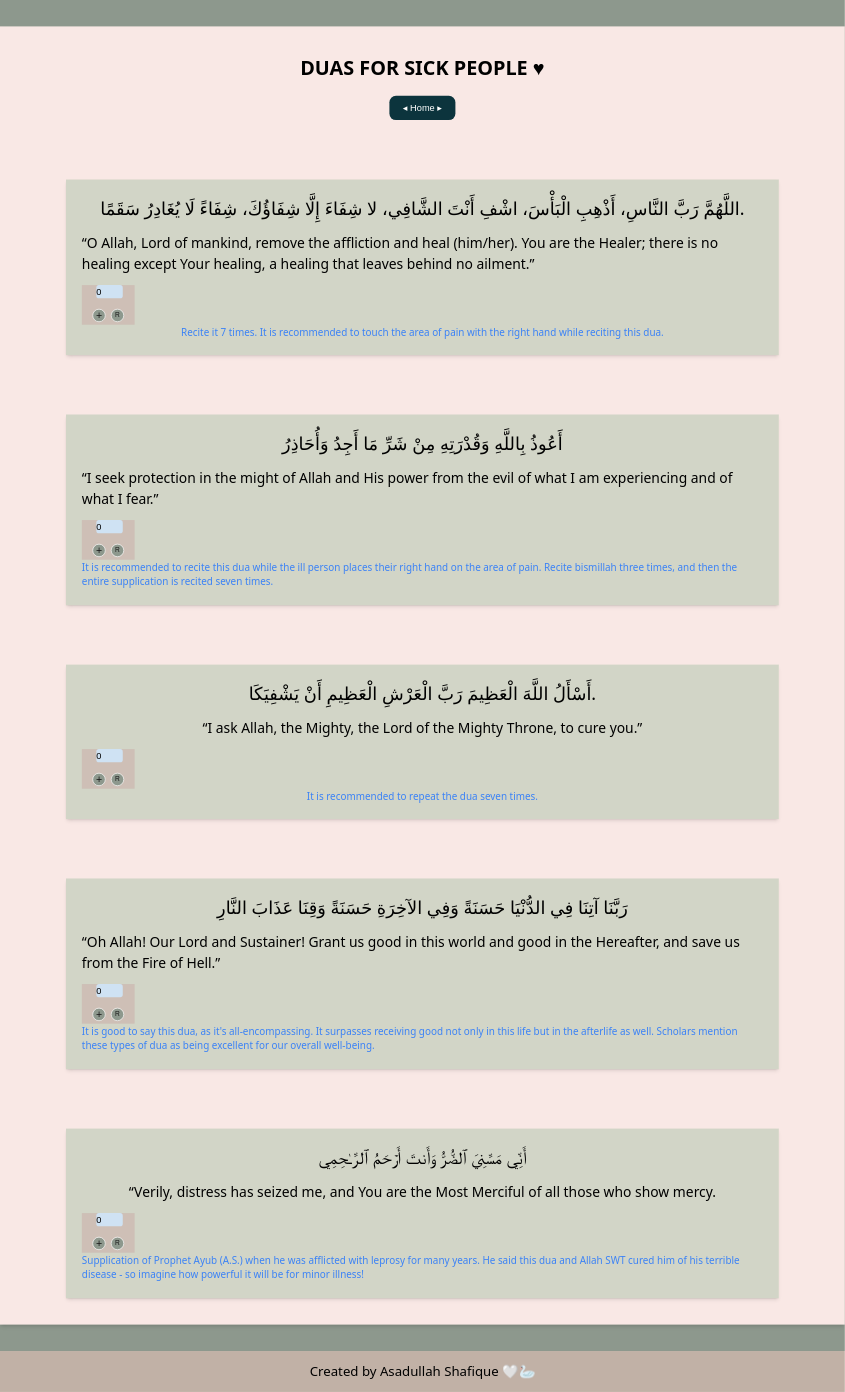
Repository: asadullah48/Duas_Diary
Page: /sick
An editor plug-in stored every save of this project. The page is shown before and after a run of saves, followed by the edit.
The browser window is 1280 px wide. The pictures show the whole page, at 66% of full size.
The project was rebuilt for these pictures with package versions that can differ from the ones it lists, and the page was loaded fresh each time. The framework's server and built-in components were replaced by stand-ins that run in the browser. Also part of the build but not shown: next.config.ts.

Above is the page before, as saved 2024-11-30 10:15:57.

### src/app/layout.tsx
import type { Metadata } from "next";
import localFont from "next/font/local";
import "./globals.css";
import Footer from "../components/footer";

const geistSans = localFont({
  src: "./fonts/GeistVF.woff",
  variable: "--font-geist-sans",
  weight: "100 900",
});
const geistMono = localFont({
  src: "./fonts/GeistMonoVF.woff",
  variable: "--font-geist-mono",
  weight: "100 900",
});

export const metadata: Metadata = {
  title: "Create Next App",
  description: "Generated by create next app",
};

export default function RootLayout({
  children,
}: Readonly<{
  children: React.ReactNode;
}>) {
  return (
    <html lang="en">
      <body
        className={`${geistSans.variable} ${geistMono.variable} antialiased`}
      >
        {children}
        <Footer/>
      </body>
    </html>
  );
}

### src/app/sick/page.tsx
import Link from "next/link";
import LightPinkSection from "@/components/props";
import Button from "@/components/button";

export default function Sick() {
  return (
    <div className="w-full h-auto bg-[#8D988D] flex justify-center items-center py-10">
      <div className="w-[95%] lg:w-[1300px] h-auto bg-[#F9E8E5] p-5 lg:p-10 rounded-md shadow-md">
        <div className="font-sans font-bold text-[24px] lg:text-[30px] text-black text-center mb-5">
          DUAS FOR SICK PEOPLE ♥
        </div>
        <Link href="/">
          <button className="bg-[#0c343d] text-white text-[12px] lg:text-[14px] mt-3 mb-5 mx-auto block rounded-[10px] px-5 py-2">
            ◂ Home ▸
          </button>
        </Link>

        {/* Dua Sections */}
        <LightPinkSection
          paragraph="اللَّهُمَّ رَبَّ النَّاسِ، أَذْهِبِ الْبَأْسَ، اشْفِ أَنْتَ الشَّافِي، لا شِفَاءَ إِلَّا شِفَاؤُكَ، شِفَاءً لَا يُغَادِرُ سَقَمًا."
          paragraph2="“O Allah, Lord of mankind, remove the affliction and heal (him/her). You are the Healer; there is no healing except Your healing, a healing that leaves behind no ailment.”"
          buttonText={<Button />}
          note="Recite it 7 times. It is recommended to touch the area of pain with the right hand while reciting this dua."
        />
        <LightPinkSection
          paragraph="أَعُوذُ بِاللَّهِ وَقُدْرَتِهِ مِنْ شَرِّ مَا أَجِدُ وَأُحَاذِرُ"
          paragraph2="“I seek protection in the might of Allah and His power from the evil of what I am experiencing and of what I fear.”"
          buttonText={<Button />}
          note="It is recommended to recite this dua while the ill person places their right hand on the area of pain. Recite bismillah three times, and then the entire supplication is recited seven times."
        />
        <LightPinkSection
          paragraph="أَسْأَلُ اللَّهَ الْعَظِيمَ رَبَّ الْعَرْشِ الْعَظِيمِ أَنْ يَشْفِيَكَا."
          paragraph2="“I ask Allah, the Mighty, the Lord of the Mighty Throne, to cure you.”"
          buttonText={<Button />}
          note="It is recommended to repeat the dua seven times."
        />
        <LightPinkSection
          paragraph="رَبَّنَا آتِنَا فِي الدُّنْيَا حَسَنَةً وَفِي الآخِرَةِ حَسَنَةً وَقِنَا عَذَابَ النَّارِ"
          paragraph2="“Oh Allah! Our Lord and Sustainer! Grant us good in this world and good in the Hereafter, and save us from the Fire of Hell.”"
          buttonText={<Button />}
          note="It is good to say this dua, as it's all-encompassing. It surpasses receiving good not only in this life but in the afterlife as well. Scholars mention these types of dua as being excellent for our overall well-being."
        />
        <LightPinkSection
          paragraph="أَنِّي مَسَّنِيَ ٱلضُّرُّ وَأَنتَ أَرۡحَمُ ٱلرَّـٰحِمِي"
          paragraph2="“Verily, distress has seized me, and You are the Most Merciful of all those who show mercy."
          buttonText={<Button />}
          note="Supplication of Prophet Ayub (A.S.) when he was afflicted with leprosy for many years. He said this dua and Allah SWT cured him of his terrible disease - so imagine how powerful it will be for minor illness!"
        />
      </div>
    </div>
  );
}

### src/components/footer.tsx
// components/Footer.tsx
export default function Footer() {
    return (
      <footer className="w-full bg-[#C1B1A6] py-4">
        <div className="text-center text-black font-sans text-[16px] sm:text-[18px] lg:text-[20px]">
          Created by Asadullah Shafique 🤍🦢
        </div>
      </footer>
    );
  }

### src/components/props.tsx
import { ReactNode } from "react";

type SectionProps = {
  paragraph: string;
  buttonText: ReactNode;
  paragraph2: string;
  note: string; // Allows JSX elements, strings, or components
};

export default function LightPinkSection({
  paragraph,
  buttonText,
  paragraph2,
  note,
}: SectionProps) {
  return (
    <div className="w-[90%] bg-[#2680412f] p-6 rounded-lg mx-auto shadow-md mt-[90px]">
      <p className="text-black text-[27px] font-sans mb-4 flex justify-center">
        {paragraph}
      </p>
      <p className="text-black text-[21px] font-sans mb-4 flex justify-center">
        {paragraph2}
      </p>
      <div>{buttonText}</div>
      <p className="text-blue-500 text-[15px] font-sans flex justify-center">
        {note}
      </p>
    </div>
  );
}

### src/components/button.tsx
"use client";

import { useState } from "react";

export default function Button() {
  // hook, event ke against ui ko update krna
  let [count, setcount] = useState(0); //returns array ik element hota hai jese yaha pr 0 hai  ik function aur jo function hota hai woh humari value hoti h
  console.log(count);

  const handleClick = () => {
    setcount(count + 1); //re-renders new value
  };

  const handleReset = () => {
    setcount(0); // reset back to 0
  };

  return (
    <div className="bg-[#CEBFB6] w-[80px] h-[60px] flex flex-col items-center justify-between">
      <p className="text-black w-[40px] flex text-sm bg-[#cfe2f3] rounded ml-1">
        {count}
      </p>

      <div className="flex space-x-2 mt-2">
        <button
          onClick={handleClick}
          className="bg-[#8D988D] w-[20px] h-[20px] px-1 py-1 rounded-full border mt-1 mb-1 border-white flex items-center justify-center text-center"
        >
          +
        </button>

        {/* Reset Button */}
        <button
          onClick={handleReset}
          className="bg-[#8D988D] w-[20px] h-[20px] px-1 py-1 rounded-full border mt-1 mb-1 border-white flex items-center justify-center text-[10px] text-center"
        >
          R
        </button>
      </div>
    </div>
  );
}

Loaded but not shown: src/app/globals.css (common file); tailwind.config.ts (common file)

After the next 2 saves:
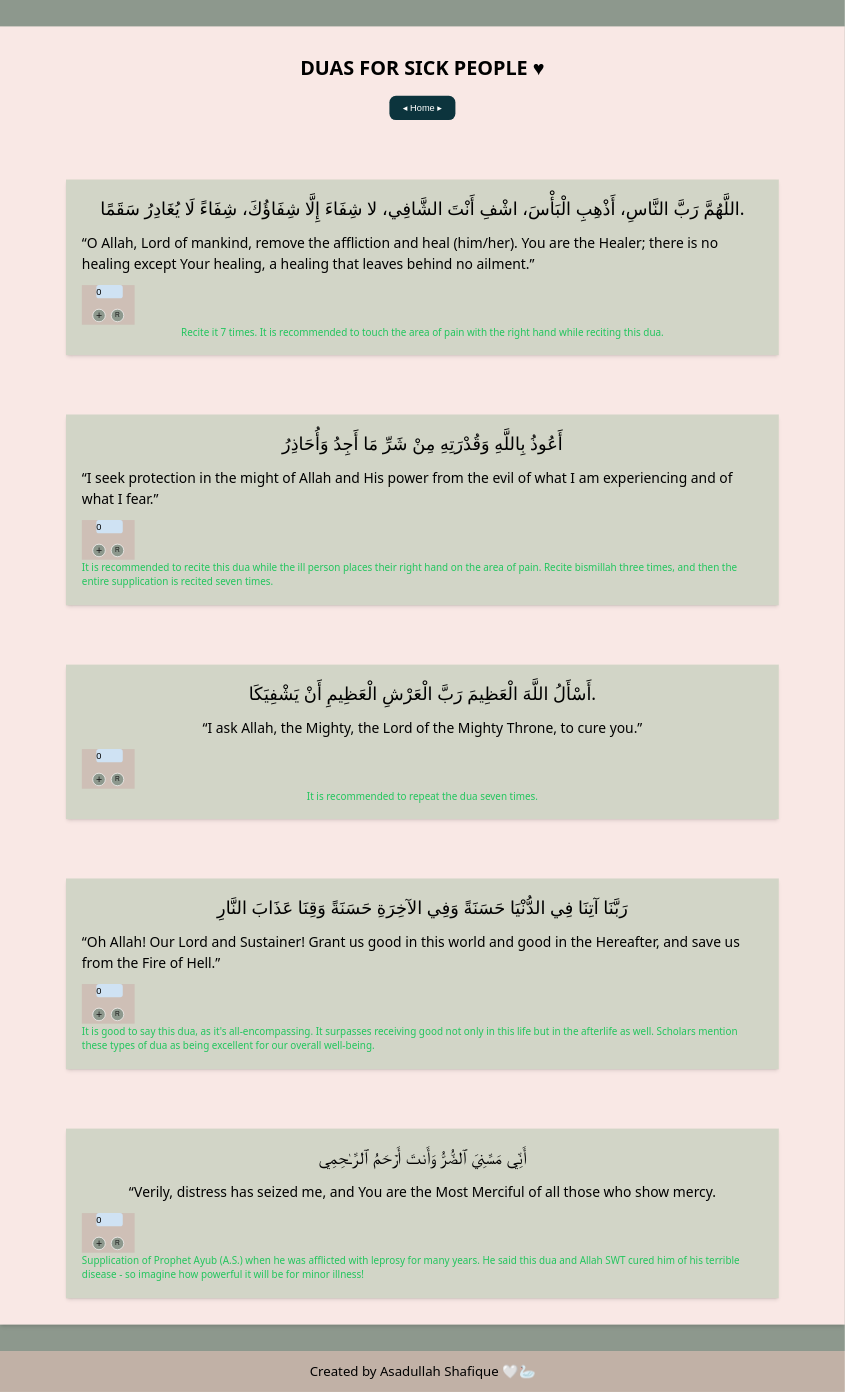
The 2 saves are shown as one change because they came seconds apart.
The last was saved 15 s later.
--- a/src/components/props.tsx
+++ b/src/components/props.tsx
@@ -22,7 +22,7 @@ export default function LightPinkSection({
         {paragraph2}
       </p>
       <div>{buttonText}</div>
-      <p className="text-blue-500 text-[15px] font-sans flex justify-center">
+      <p className="text-green-500 text-[15px] font-sans flex justify-center">
         {note}
       </p>
     </div>
